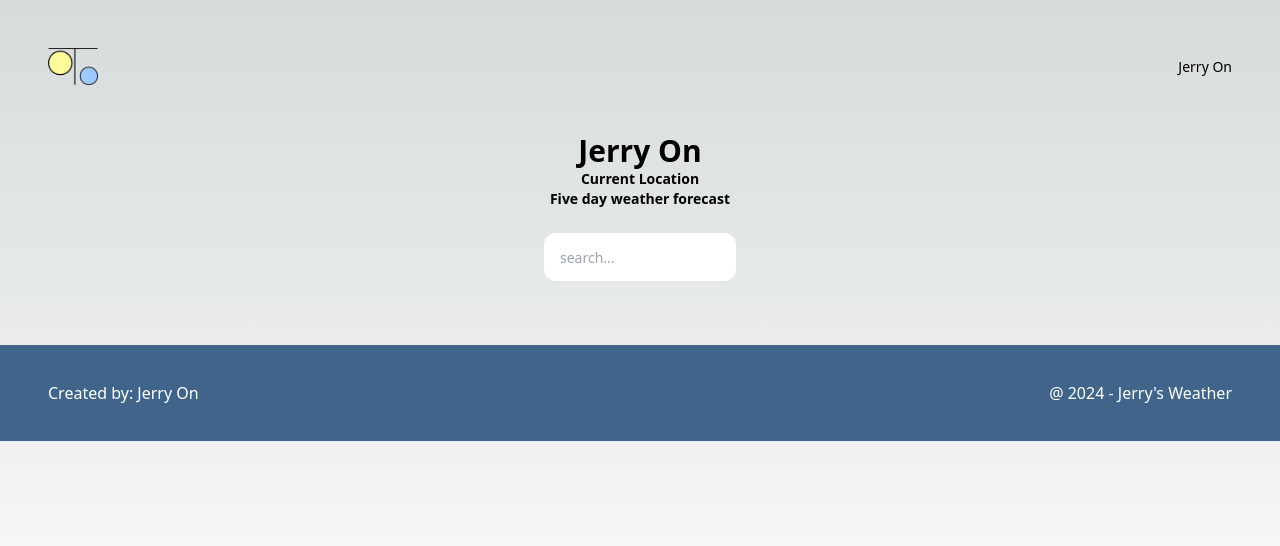
Repository: JerryWuOn/weatherAppMid
Page: /
The author's editor kept a copy of each file at every save. The page is drawn from the files as they stood at one save, then again after the next save.
The browser window is 1280 px wide. The pictures show the whole page.
The project was rebuilt for these pictures with package versions that can differ from the ones it lists, and the page was loaded fresh each time. The framework's server and built-in components were replaced by stand-ins that run in the browser. Also part of the build but not shown: next.config.mjs.

Above is the page before, as saved 2024-02-12 19:15:23.

After the next save:
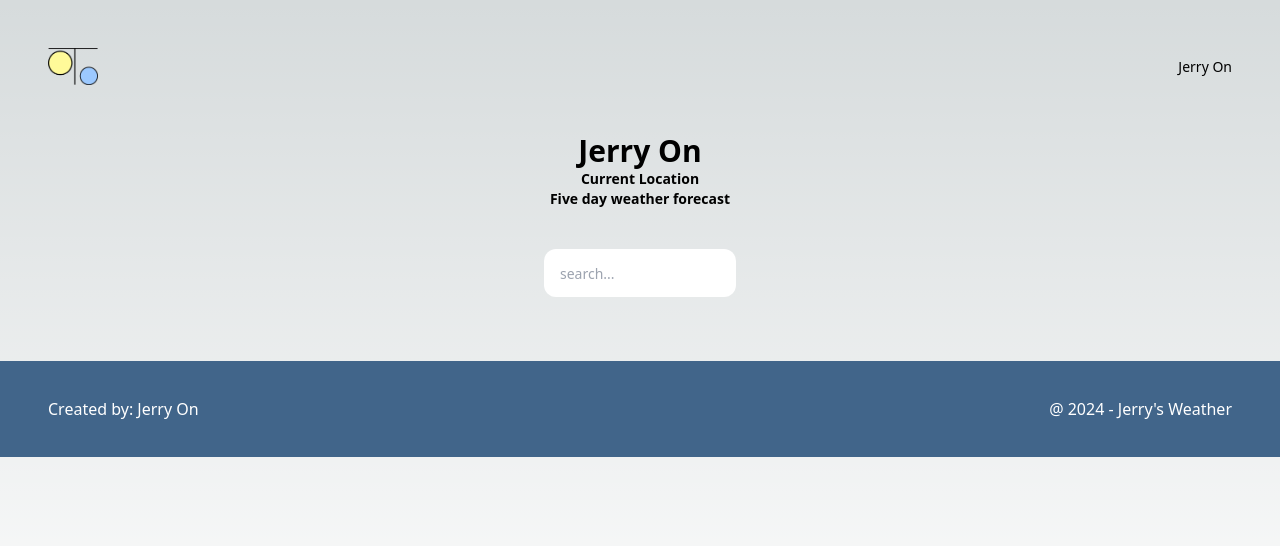
Saved 10 s later.
--- a/src/pages/index.tsx
+++ b/src/pages/index.tsx
@@ -63,7 +63,7 @@ export default function Home() {
           <div className="font-bold">Current Location</div>
           <div className="font-bold mb-6">Five day weather forecast</div>
           <form onSubmit={handleSubmit}>
-            <input className="rounded-xl h-12 w-48 p-4" type="text" placeholder="search..." value={city} onChange={handleLocation}/>
+            <input className="rounded-xl h-12 w-48 p-4 mt-4" type="text" placeholder="search..." value={city} onChange={handleLocation}/>
           </form>
 
           {data && data.main && data.weather && data.wind && data.dt &&(
